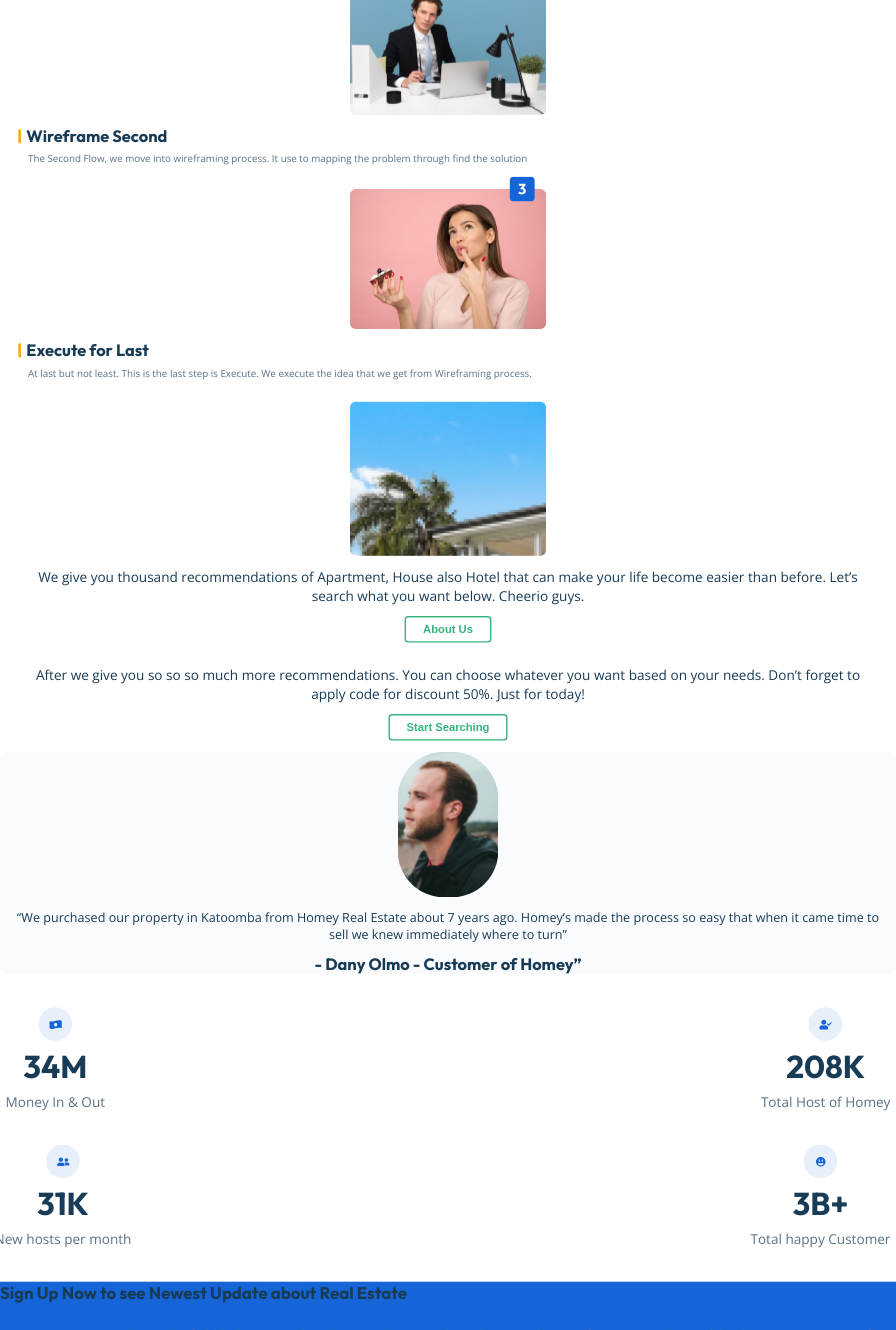
Repository: gustavoRichardt/prova-front
Page: index.html
An editor plug-in stored every save of this project. The page is shown before and after the next save, followed by the edit.
The browser window is 1280 px wide. The pictures show the part of the page from y = 3060 to 4960 px (the page is 5847 px tall before and 5879 px after), at 70% of full size.
A picture or video elsewhere on the page could not be fetched, so the positions and the page height are approximate.

Above is the page before, as saved 2026-09-01 15:27:54.

After the next save:
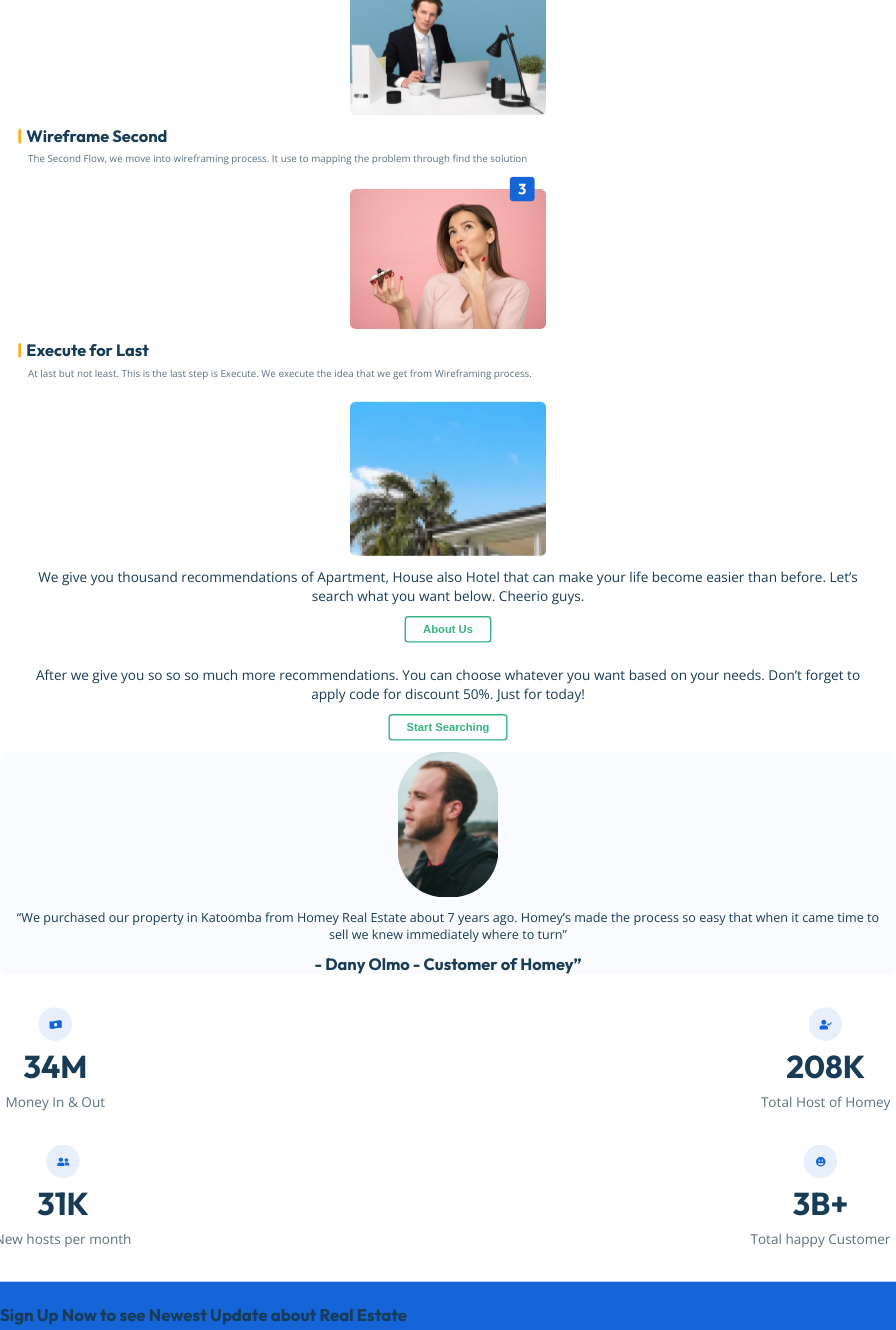
Saved 7 s later.
--- a/style.css
+++ b/style.css
@@ -504,6 +504,6 @@
 }
 
 .cadastre-se h2 {
-    margin-top: 2rem;
-    margin-bottom: 2rem;
-}
+    padding-top: 2rem;
+    margin-bottom: 2rem;
+}
